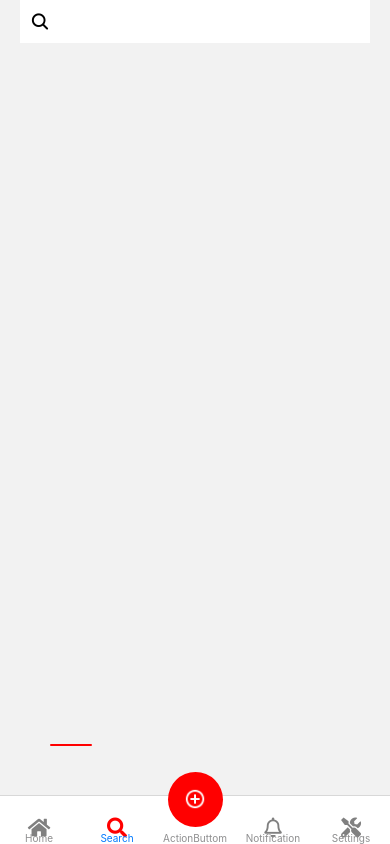
Repository: albertoue93/taller-react-native
Screen: /Search
These files come from the project's save history. The screen is drawn as it stood at one moment and after the next save; the edit follows.
The app was drawn by React Native's web renderer in a window 390 px wide. The project was rebuilt for these pictures with package versions that can differ from the ones it lists, and the page was loaded fresh each time. Also part of the build but not shown: screens/PaginaNueva.js, screens/PaginaNoti.js, screens/PaginaConfig.js.

Above is the screen before, as saved 2021-08-19 20:54:42.

### App.js
import { StatusBar } from 'expo-status-bar';
import React from 'react';
import { StyleSheet, Text, View, Animated, Dimensions, Image, TouchableOpacity, Platform } from 'react-native';

import 'react-native-gesture-handler';
import { NavigationContainer } from '@react-navigation/native';
import { createBottomTabNavigator } from '@react-navigation/bottom-tabs';

import plus from './assets/plus.png';

import { FontAwesome5 } from '@expo/vector-icons';
import { useRef } from 'react';

import PaginaHome from './screens/PaginaHome';
import PaginaBuscar from './screens/PaginaSearch';
import PaginaNueva from './screens/PaginaNueva';
import PaginaNoti from './screens/PaginaNoti';
import PaginaConfig from './screens/PaginaConfig';

const Tab = createBottomTabNavigator();

export default function App() {

  const tabOffsetValue = useRef(new Animated.Value(0)).current;

  return (
    <NavigationContainer>
      <Tab.Navigator TabBarOption={{
        showLabel: false,
        style: {
          backgroundColor: 'white',
          position: 'absolute',
          bottom: 40,
          marginHorizontal: 20,
          bright: 60,
          borderRadiues: '#000',
          shadowOpacity: 0.06,
          shadowOffset: {
            with:10,
            height:10
          },
          paddingHorizontal: 29,
        }
      }}>
    <Tab.Screen name={"Home"} component={PaginaHome} options={{
          tabBarIcon: ({ focused }) => (
            <View style={{
              position:'absolute',
              top:20
            }}>
              <FontAwesome5
              name="home"
              size={20}
              color={ focused ? 'red' : 'gray' }
              ></FontAwesome5>
            </View>
          )
        }} listeners = {({ navigation, route }) => ({
          tabPress: e => {
            Animated.spring(tabOffsetValue, {
              toValue:0,
              useNativeDriver:true
            }).start();
          }
        })}></Tab.Screen>

    <Tab.Screen name={"Search"} component={PaginaBuscar} options={{
          tabBarIcon: ({ focused }) => (
            <View style={{
              position:'absolute',
              top:20
            }}>
              <FontAwesome5
              name="search"
              size={20}
              color={ focused ? 'red' : 'gray' }
              ></FontAwesome5>
            </View>
          )
        }} listeners = {({ navigation, route }) => ({
          tabPress: e => {
            Animated.spring(tabOffsetValue, {
              toValue:0,
              useNativeDriver:true
            }).start();
          }
        })}></Tab.Screen>

    <Tab.Screen name={"ActionButtom"} component={PaginaNueva} options={{
          tabBarIcon: ({ focused }) => (
            <View style={{
              width:55,
              height:55,
              backgroundColor: 'red',
              borderRadius:30,
              justifyContent: 'center',
              alignItems: 'center',
              marginBottom: Platform.OS == "android" ? 50 : 30
            }}>
              <Image source={plus} style={{
                width:22,
                height:22,
                tintColor: 'white'}}>
                </Image>
            </View>
          )
        }} listeners = {({ navigation, route }) => ({
          tabPress: e => {
            Animated.spring(tabOffsetValue, {
              toValue:0,
              useNativeDriver:true
            }).start();
          }
        })}></Tab.Screen>

    <Tab.Screen name={"Notification"} component={PaginaNoti} options={{
          tabBarIcon: ({ focused }) => (
            <View style={{
              position:'absolute',
              top:20
            }}>
              <FontAwesome5
              name="bell"
              size={20}
              color={ focused ? 'red' : 'gray' }
              ></FontAwesome5>
            </View>
          )
        }} listeners = {({ navigation, route }) => ({
          tabPress: e => {
            Animated.spring(tabOffsetValue, {
              toValue:0,
              useNativeDriver:true
            }).start();
          }
        })}></Tab.Screen>

    <Tab.Screen name={"Settings"} component={PaginaConfig} options={{
          tabBarIcon: ({ focused }) => (
            <View style={{
              position:'absolute',
              top:20
            }}>
              <FontAwesome5
              name="tools"
              size={20}
              color={ focused ? 'red' : 'gray' }
              ></FontAwesome5>
            </View>
          )
        }} listeners = {({ navigation, route }) => ({
          tabPress: e => {
            Animated.spring(tabOffsetValue, {
              toValue:0,
              useNativeDriver:true
            }).start();
          }
        })}></Tab.Screen>

      </Tab.Navigator>

      <Animated.View style={{
        width: getWidth() -20,
        height:2,
        backgroundColor: 'red',
        position: 'absolute',
        bottom:98,
        left:50,
        borderRadius:20,
        transform: [{
          translateX: tabOffsetValue
        }]
      }}>

      </Animated.View>

    </NavigationContainer>
  );
}

function getWidth(){
  let witdh = Dimensions.get("window").width

  witdh = witdh - 80

  return witdh / 5
}
/*
function PaginaHome(){
  return(
    <View style={{
      flex:1,
      justifyContent: 'center',
      alignItems: 'center'
    }}>
      <Text>Página Principal</Text>
    </View>
  )
}

function PaginaBuscar(){
  return(
    <View style={{
      flex:1,
      justifyContent: 'center',
      alignItems: 'center'
    }}>
      <Text>Página Buscar</Text>
    </View>
  )
}

function PaginaNueva(){
  return(
    <View style={{
      flex:1,
      justifyContent: 'center',
      alignItems: 'center'
    }}>
      <Text>Página Nueva</Text>
    </View>
  )
}

function PaginaNoti(){
  return(
    <View style={{
      flex:1,
      justifyContent: 'center',
      alignItems: 'center'
    }}>
      <Text>Página Notificacion</Text>
    </View>
  )
}

function PaginaConfig(){
  return(
    <View style={{
      flex:1,
      justifyContent: 'center',
      alignItems: 'center'
    }}>
      <Text>Página Configuracion</Text>
    </View>
  )
}
*/
const styles = StyleSheet.create({
  container: {
    flex: 1,
    backgroundColor: '#fff',
    alignItems: 'center',
    justifyContent: 'center',
  },
});

### screens/PaginaHome.js
import React, {Component} from 'react';
import { Text, View } from 'react-native';

class PaginaHome extends Component {
    render() {
        return(
            <View style={{
              flex:1,
              justifyContent: 'center',
              alignItems: 'center'
            }}>
              <Text>Página Principal</Text>
            </View>
          );
    }
}

export default PaginaHome;

### screens/PaginaSearch.js
import React, {Component} from 'react';
import { Text, View, SafeAreaView, TextInput, Platform } from 'react-native';

import Icon from 'react-native-vector-icons/Ionicons'
class PaginaSearch extends Component {
    render() {
        return(
            <SafeAreaView style={{flex:1}}>
                <View style={{flex:1}}>
                    <View style={{
                        flexDirection: 'row', padding:10,
                        backgroundColor: 'white', marginHorizontal: 20,
                        shadowOffset: {width:0,height:0},
                        shadowColor: 'black',
                        shadowOpacity: 0.2,
                        elevation: 1,
                        marginTop: Platform.OS == "android" ? 30 : null
                    }}>
                        <Icon name="ios-search" size={20} style={{marginRight:10}}/>
                        <TextInput underlineColorAndroid="transparent" />
                    </View>
                </View>
            </SafeAreaView>
          );
    }
}

export default PaginaSearch;

After the next save:
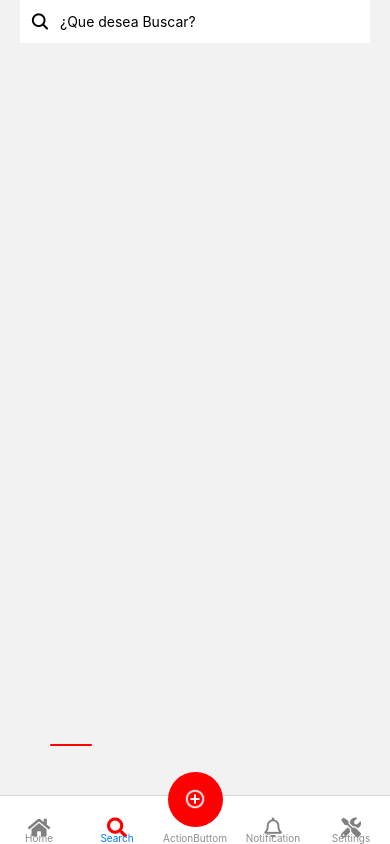
Saved 61 s later.
--- a/screens/PaginaSearch.js
+++ b/screens/PaginaSearch.js
@@ -17,7 +17,9 @@ class PaginaSearch extends Component {
                         marginTop: Platform.OS == "android" ? 30 : null
                     }}>
                         <Icon name="ios-search" size={20} style={{marginRight:10}}/>
-                        <TextInput underlineColorAndroid="transparent" />
+                        <TextInput underlineColorAndroid="transparent"
+                        placeholder="¿Que desea Buscar?"
+                        style={{flex:1, fontSize:'700', backgroundColor:'white'}}/>
                     </View>
                 </View>
             </SafeAreaView>
